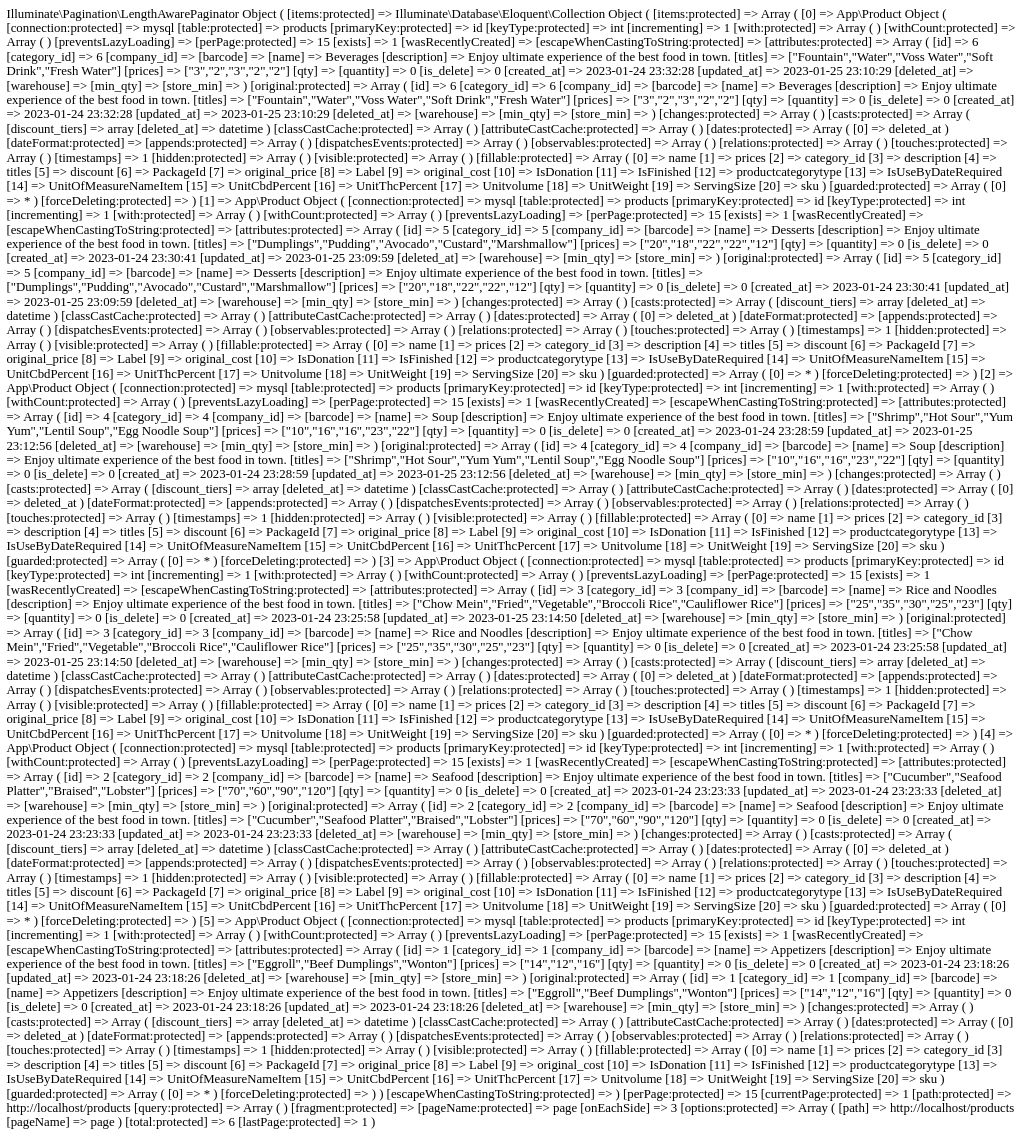
Repository: ShibuyaCho/cannabest
Page: http://localhost/products
The author's editor kept a copy of each file at every save. The page is drawn from the files as they stood at one save, then again after the next save.
The browser window is 1280 px wide. The pictures show the whole page, at 80% of full size.
The page is served by the project's Laravel application, run on PHP 8.4 with Laravel 9. The first stored user is signed in. Other server files are loaded and not shown. The database holds what the project's SQL file puts in it.

Above is the page before, as saved 2024-10-16 11:57:45.

### app/Helpers/DiscountHelper.php
<?php

if (! function_exists('getDiscountedPrice')) {
    /**
     * Returns the discounted price for a product based on quantity.
     *
     * It checks all discount tiers (stored globally) and returns the price
     * from the pricing option with the highest min_quantity threshold that the quantity meets.
     *
     * @param float $basePrice
     * @param float $quantity
     * @return float
     */
    function getDiscountedPrice($basePrice, $quantity)
    {
        // Retrieve the discount tiers setting
        $discountSetting = \App\Setting::where('key', 'discount_tiers')->first();
        if (!$discountSetting) {
            return $basePrice;
        }

        $tiers = json_decode($discountSetting->value, true);
        if (!is_array($tiers)) {
            return $basePrice;
        }

        // We'll loop through all pricing options in all tiers and find the one with the highest min_quantity that qualifies.
        $bestOption = null;
        $highestThreshold = 0;

        foreach ($tiers as $tier) {
            if (isset($tier['pricing']) && is_array($tier['pricing'])) {
                foreach ($tier['pricing'] as $option) {
                    // Convert the min_quantity to a float.
                    $minQty = floatval($option['min_quantity'] ?? 0);
                    // Check if the purchased quantity meets the threshold and if it's higher than our current best threshold.
                    if ($quantity >= $minQty && $minQty > $highestThreshold) {
                        $highestThreshold = $minQty;
                        $bestOption = $option;
                    }
                }
            }
        }

        // If we found an option that qualifies, return its price; otherwise, return the base price.
        if ($bestOption !== null) {
            return floatval($bestOption['price']);
        }

        return $basePrice;
    }
}

### app/Helpers.php
<?php

if (!function_exists('parseEmojis')) {
    /**
     * Replace the shortcode ":gls:" with an emoji image,
     * but ignore text that is already part of an HTML tag.
     *
     * @param string $text
     * @return string
     */
    function parseEmojis($text)
    {
        // Split text by HTML tags. Tags will be in separate elements.
        $parts = preg_split('/(<[^>]+>)/', $text, -1, PREG_SPLIT_DELIM_CAPTURE);

        // Process only parts that are not HTML tags.
        foreach ($parts as &$part) {
            if (!preg_match('/^<[^>]+>$/', $part)) {
                // Replace :gls: only in non-tag text.
                $part = str_replace(
                    ':gls:',
                    '<img src="' . asset('assets/img/weed-leaf.png') . '" alt="weed" class="weed-emoji" style="width:16px;height:16px;vertical-align:top;">',
                    $part
                );
            }
        }
        return implode('', $parts);
    }
}

### app/Providers/AppServiceProvider.php
<?php

namespace App\Providers;

use Illuminate\Support\ServiceProvider;
use Intervention\Image\Facades\Image;
use Illuminate\Support\Facades\View; // Use the facade
use illuminate\Support\Facades\Auth;
use App\Inventory;

class AppServiceProvider extends ServiceProvider
{
    protected $policies = [
        // ...
        Brand::class => BrandPolicy::class,
    ];

 public function register()
{
    // …

    $this->app->bind('path.public', function() {
        return base_path('public');
        // or return '/home/sys1/Documents/pos2/public';
    });
}

  public function boot()
{
    View::composer('*', function($view) {
        $orgId = Auth::check() ? Auth::user()->organization_id : null;

        // If no org (guest), don't query to avoid leaking other orgs' rows
        $lowInventoryItems = collect();

        if ($orgId) {
            $lowInventoryItems = Inventory::query()
                ->where('organization_id', $orgId) // ✅ make it org-specific
                ->whereColumn('storeQty', '<=', 'min_qty')
                ->get();
        }

        $view->with('lowInventoryItems', $lowInventoryItems);
    });

    if (config('app.env') === 'production') {
        \URL::forceScheme('https');
    }
}
}

### app/Http/Controllers/ProductController.php
<?php

namespace App\Http\Controllers;

use App\Http\Requests;
use App\Product;
use App\Category;
use Illuminate\Http\Request;
use Auth;
use Intervention\Image\ImageManagerStatic as Image;

class ProductController extends Controller
{
    /**
     * Display a listing of the resource.
     *
     * @return \Illuminate\Http\Response
     */
    public function index(Request $request)
    {
        $keyword = $request->get('q', '');
                print_r( $keyword);
        $products = Product::searchByKeyword($keyword)->orderBy("id" , "DESC")->paginate(15);
            print_r( $products);
        exit();
        $products = !empty($keyword) ? $products->appends(['q' => $keyword]) : $products;

        $data = [
            'products' => $products,
            'keyword'  => $keyword,
        ];

        return view('backend.products.index', $data);
    }

    /**
     * Show the form for creating a new resource.
     *
     * @return \Illuminate\Http\Response
     */
    public function create()
    {
        $categories = Category::get();
        return view('backend.products.create', ['categories' => $categories]);
    }

    /**
     * Store a newly created resource in storage.
     *
     * @param App\Http\Requests $request
     *
     * @return \Illuminate\Http\Response
     */
    public function store(Request $request)
    {
        $form = $request->all();
        $price = $request->input("price");
        $titles = $request->input("title");
        unset($form['price']);
        unset($form['title']);
        unset($form['price_counter']);
        $form['prices'] = json_encode($price);
        $form['titles'] = json_encode($titles);

        $product = Product::create($form);
        $name = $product->id;
        if (file_exists("uploads/products/temp.jpg")) {
            rename("uploads/products/temp.jpg", "uploads/products/$name.jpg");
            rename("uploads/products/thumb/temp.jpg", "uploads/products/thumb/$name.jpg");
        }


        return redirect('products')
            ->with('message-success', 'Product created!');
    }

    /**
     * Display the specified resource.
     *
     * @param int $id
     *
     * @return \Illuminate\Http\Response
     */
    public function show($id)
    {
        $product = Product::findOrFail($id);
        $categories = Category::get();
        return view('backend.products.show', compact('product', 'categories'));
    }

    /**
     * Show the form for editing the specified resource.
     *
     * @param int $id
     *
     * @return \Illuminate\Http\Response
     */
    public function edit($id)
    {
        $product = Product::findOrFail($id);
        $categories = Category::get();
        return view('backend.products.edit', compact('product', 'categories'));
    }

    /**
     * Update the specified resource in storage.
     *
     * @param App\Http\Requests $request
     * @param int               $id
     *
     * @return \Illuminate\Http\Response
     */
    public function update(Requests\UpdateProduct $request, $id)
    {
        $form = $request->all();
        $price = $request->input("price");
        $titles = $request->input("title");
        unset($form['price']);
        unset($form['title']);
        unset($form['price_counter']);
        $form['prices'] = json_encode($price);
        $form['titles'] = json_encode($titles);

        $product = Product::findOrFail($id);
        $product->update($form);
        $name = $product->id;


        return redirect('products')
            ->with('message-success', 'Product updated!');
    }

    /**
     * Remove the specified resource from storage.
     *
     * @param int $id
     *
     * @return \Illuminate\Http\Response
     */
    public function destroy($id)
    {
        $product = Product::findOrFail($id);
        $product->delete();

        return redirect('products')
            ->with('message-success', 'Product deleted!');
    }

    public function uploadPhoto(Request $request)
    {
        $file = $request->file('croppedImage');

        if ($request->hasFile('croppedImage')) {

            $file_name = "temp.jpg";
            $extension = $file->getClientOriginalExtension();
            $path = $file->storeAs("uploads/products/", $file_name);
            $img = Image::make($file->getRealPath());
            if($img->exif('Orientation')) {
                $img = orientate($img, $img->exif('Orientation'));
            }

            $path2 = public_path("storage/products/$file_name");
            $img->fit(250)->save($path2);

            echo url("storage/products/" . $file_name);
        }
    }

    ////// User upload photo and resize to 145x145 to Thumb
    public function updatePhotoCrop(Request $request)
    {
        $cropped_value = $request->input("cropped_value");
        $image_edit = $request->input("image_edit");
        $cp_v = explode(",", $cropped_value);

        $file = $request->file('file');
        $file_name = $image_edit . ".jpg";
        if(empty($image_edit)) {
            $file_name = "temp.jpg";
        }

        if ($request->hasFile('file')) {

            $extension = $file->getClientOriginalExtension();
            $store_path = public_path("uploads/products");
            $path = $file->move($store_path, $file_name);
            $img = Image::make($store_path . "/$file_name");
            if($img->exif('Orientation')) {
                $img = orientate($img, $img->exif('Orientation'));
            }

            $path2 = public_path("uploads/products/thumb/$file_name");
            $img->rotate($cp_v[4] * -1);
            $img->crop($cp_v[0], $cp_v[1], $cp_v[2], $cp_v[3]);
            $img->fit(250)->save($path2);

            echo url("uploads/products/thumb/$file_name"); exit;
        }

        if($image_edit != "") {
            $path = public_path("uploads/products/$file_name");
            $img = Image::make($path);
            $path2 = public_path("uploads/products/thumb/$file_name");
            $img->rotate($cp_v[4] * -1);
            $img->crop($cp_v[0], $cp_v[1], $cp_v[2], $cp_v[3]);
            $img->fit(250)->save($path2);
            echo url("uploads/products/thumb/$file_name"); exit;
        }

    }


	 public function addToArchive(Request $request) {
        $id = $request->input("product_id");
        $product = Product::find($id);
        if ($product->is_delete == 1) {
            $value = 0;
        }

        if ($product->is_delete == 0) {
            $value = 1;
        }
        Product::where("id", $id)->update(array('is_delete' => $value));
    }


}

### app/Product.php
<?php

namespace App;

use Illuminate\Database\Eloquent\Model;
use Illuminate\Database\Eloquent\SoftDeletes;
use Carbon\Carbon;
use App\Models\wholesaleProduct;
use App\Models\Category;


class Product extends Model
{
     use SoftDeletes;

    /**
     * The attributes that should be mutated to dates.
     *
     * @var array
     */
    protected $dates = [
        'deleted_at'
    ];

    /**
     * rules validasi untuk data products.
     *
     * @var array
     */
    public static $rules = [
        'name'  => 'required|unique:products'
    ];

    /**
     * setup variable mass assignment.
     *
     * @var array
     */
    protected $fillable = [
        'name',
        'prices',
        'category_id',
        'description',
        'titles',
        'discount',
        'PackageId',
        'original_price',
        'Label',
        'original_cost',
        'IsDonation',
        'IsFinished',
        'productcategorytype',
        'IsUseByDateRequired',
        'UnitOfMeasureNameItem',
        'UnitCbdPercent',
        'UnitThcPercent',
        'Unitvolume',
        'UnitWeight',
        'ServingSize',
        'sku',
    ];
    protected $casts = [
        'discount_tiers' => 'array',
        // ... other casts
    ];

    public function scopeSearchByKeyword($query, $keyword)
    {
        if ($keyword != '') {
            $query->where(
                function ($query) use ($keyword) {
                    $query->where('name', 'LIKE', '%'.$keyword.'%')
                        ->orWhere('barcode', 'LIKE', '%'.$keyword.'%');
                }
            );
        }

        return $query;
    }
    public function category()
{
    return $this->belongsTo(Category::class);
}

public function wholesaleProduct()
{
    return $this->belongsTo(WholesaleInventory::class, 'wholesale_product_id');
}

public function getAspdAttribute()
{
    $startOfMonth = Carbon::now()->startOfMonth();
    $endOfMonth   = Carbon::now()->endOfMonth();
    $totalSold    = $this->orderItems()
                        ->whereBetween('created_at', [$startOfMonth, $endOfMonth])
                        ->sum('quantity');
    $daysInMonth  = Carbon::now()->daysInMonth;
    return $daysInMonth > 0 ? round($totalSold / $daysInMonth, 2) : 0;
}
public function wholesaleInventory()
{
    return $this->belongsTo(WholesaleInventory::class, 'wholesale_product_id');
}
}

### DB/DB.sql (the tables this page reads)
CREATE TABLE `products` (
  `id` int(10) UNSIGNED NOT NULL,
  `category_id` int(11) DEFAULT NULL,
  `company_id` int(11) DEFAULT NULL,
  `barcode` varchar(255) DEFAULT NULL,
  `name` varchar(255) NOT NULL,
  `description` text DEFAULT NULL,
  `titles` varchar(255) DEFAULT NULL,
  `prices` varchar(255) NOT NULL,
  `qty` varchar(255) DEFAULT NULL,
  `quantity` int(11) NOT NULL DEFAULT 0,
  `is_delete` int(1) NOT NULL DEFAULT 0,
  `created_at` timestamp NULL DEFAULT NULL,
  `updated_at` timestamp NULL DEFAULT NULL,
  `deleted_at` timestamp NULL DEFAULT NULL,
  `warehouse` int(11) DEFAULT NULL,
  `min_qty` int(11) DEFAULT NULL,
  `store_min` int(11) DEFAULT NULL
) ENGINE=InnoDB DEFAULT CHARSET=utf8 COLLATE=utf8_unicode_ci;

INSERT INTO `products` (`id`, `category_id`, `company_id`, `barcode`, `name`, `description`, `titles`, `prices`, `qty`, `quantity`, `is_delete`, `created_at`, `updated_at`, `deleted_at`, `warehouse`, `min_qty`, `store_min`) VALUES
(1, 1, NULL, NULL, 'Appetizers', 'Enjoy ultimate experience of the best food in town.', '[\"Eggroll\",\"Beef Dumplings\",\"Wonton\"]', '[\"14\",\"12\",\"16\"]', NULL, 0, 0, '2023-01-24 23:18:26', '2023-01-24 23:18:26', NULL, NULL, NULL, NULL),
(2, 2, NULL, NULL, 'Seafood', 'Enjoy ultimate experience of the best food in town.', '[\"Cucumber\",\"Seafood Platter\",\"Braised\",\"Lobster\"]', '[\"70\",\"60\",\"90\",\"120\"]', NULL, 0, 0, '2023-01-24 23:23:33', '2023-01-24 23:23:33', NULL, NULL, NULL, NULL),
(3, 3, NULL, NULL, 'Rice and Noodles', 'Enjoy ultimate experience of the best food in town.', '[\"Chow Mein\",\"Fried\",\"Vegetable\",\"Broccoli Rice\",\"Cauliflower Rice\"]', '[\"25\",\"35\",\"30\",\"25\",\"23\"]', NULL, 0, 0, '2023-01-24 23:25:58', '2023-01-25 23:14:50', NULL, NULL, NULL, NULL),
(4, 4, NULL, NULL, 'Soup', 'Enjoy ultimate experience of the best food in town.', '[\"Shrimp\",\"Hot Sour\",\"Yum Yum\",\"Lentil Soup\",\"Egg Noodle Soup\"]', '[\"10\",\"16\",\"16\",\"23\",\"22\"]', NULL, 0, 0, '2023-01-24 23:28:59', '2023-01-25 23:12:56', NULL, NULL, NULL, NULL),
(5, 5, NULL, NULL, 'Desserts', 'Enjoy ultimate experience of the best food in town.', '[\"Dumplings\",\"Pudding\",\"Avocado\",\"Custard\",\"Marshmallow\"]', '[\"20\",\"18\",\"22\",\"22\",\"12\"]', NULL, 0, 0, '2023-01-24 23:30:41', '2023-01-25 23:09:59', NULL, NULL, NULL, NULL),
(6, 6, NULL, NULL, 'Beverages', 'Enjoy ultimate experience of the best food in town.', '[\"Fountain\",\"Water\",\"Voss Water\",\"Soft Drink\",\"Fresh Water\"]', '[\"3\",\"2\",\"3\",\"2\",\"2\"]', NULL, 0, 0, '2023-01-24 23:32:28', '2023-01-25 23:10:29', NULL, NULL, NULL, NULL);

ALTER TABLE `products`
  ADD PRIMARY KEY (`id`);

ALTER TABLE `products`
  MODIFY `id` int(10) UNSIGNED NOT NULL AUTO_INCREMENT, AUTO_INCREMENT=7;

CREATE TABLE `users` (
  `id` int(10) UNSIGNED NOT NULL,
  `company_id` int(11) DEFAULT NULL,
  `name` varchar(255) NOT NULL,
  `email` varchar(255) NOT NULL,
  `facebook_id` varchar(55) DEFAULT NULL,
  `password` varchar(255) CHARACTER SET utf8 COLLATE utf8_general_ci NOT NULL,
  `phone` varchar(20) DEFAULT NULL,
  `address` varchar(255) DEFAULT NULL,
  `city` varchar(100) DEFAULT NULL,
  `state` varchar(100) DEFAULT NULL,
  `zip` varchar(10) DEFAULT NULL,
  `role_id` int(11) NOT NULL DEFAULT 0,
  `remember_token` varchar(100) DEFAULT NULL,
  `created_at` timestamp NULL DEFAULT NULL,
  `updated_at` timestamp NULL DEFAULT NULL
) ENGINE=InnoDB DEFAULT CHARSET=utf8 COLLATE=utf8_unicode_ci;

INSERT INTO `users` (`id`, `company_id`, `name`, `email`, `facebook_id`, `password`, `phone`, `address`, `city`, `state`, `zip`, `role_id`, `remember_token`, `created_at`, `updated_at`) VALUES
(1, 0, 'Super Admin', 'admin@example.com', NULL, '$2y$10$NDJ8GvTAdoJ/uG0AQ2Y.9ucXwjy75NVf.VgFnSZDSakRRvrEyAlMq', NULL, NULL, NULL, NULL, NULL, 1, 'rDWTyMV7OybRAqR2W5jCSb3a6O78yOfWbzLz1dspV6qlNoiv3IcXi9QBSxwp', NULL, NULL),
(5, 1, 'Admin', 'admin@admin.com', NULL, '$2y$10$NDJ8GvTAdoJ/uG0AQ2Y.9ucXwjy75NVf.VgFnSZDSakRRvrEyAlMq', NULL, NULL, NULL, NULL, NULL, 2, 'GXMRWhuf3sqeoVNTPnyEnLEhBsyP3tURLefbUIcwBRvlTDRTBMZdxuUbUl4T', NULL, NULL),
(6, 1, 'Sale Manger', 'sales@manager.com', NULL, '$2y$10$NDJ8GvTAdoJ/uG0AQ2Y.9ucXwjy75NVf.VgFnSZDSakRRvrEyAlMq', NULL, NULL, NULL, NULL, NULL, 2, 'qpPtzImTYQNY8ysYEjUztZn01zjsW4Qda73C68FO7QZ3qhDPDtwb9MdD9Jvw', NULL, NULL),
(25, 2, 'Brnach 2 Manager', 'branch2@admin.com', NULL, '$2y$10$NDJ8GvTAdoJ/uG0AQ2Y.9ucXwjy75NVf.VgFnSZDSakRRvrEyAlMq', NULL, NULL, NULL, NULL, NULL, 3, 'AruJiY7PZpVAhORzCYnA9paAsVJzaPqvycgUN2mdy4GBlwQPUymXdi1S73Zn', '2021-02-05 05:33:08', '2021-08-19 13:09:24'),
(26, NULL, 'Waitress 1', 'waitress@staff.com', NULL, '$2y$10$6CwU.Mz9EPVk2ZLLezog5O8xUCNY0VBCDgAsC1u98pRXPLOW0iMY6', NULL, NULL, NULL, NULL, NULL, 3, NULL, '2021-08-20 12:08:00', '2021-08-20 12:08:00');

ALTER TABLE `users`
  ADD PRIMARY KEY (`id`),
  ADD UNIQUE KEY `users_email_unique` (`email`);

ALTER TABLE `users`
  MODIFY `id` int(10) UNSIGNED NOT NULL AUTO_INCREMENT, AUTO_INCREMENT=27;

Loaded but not shown: app/Http/Controllers/Auth/ConfirmPasswordController.php (common file); app/Http/Controllers/Controller.php (common file); routes/web.php (296 lines, source omitted); app/Helpers/custom.php (211 lines, source omitted); app/Models/User.php (122 lines, source omitted)

After the next save:
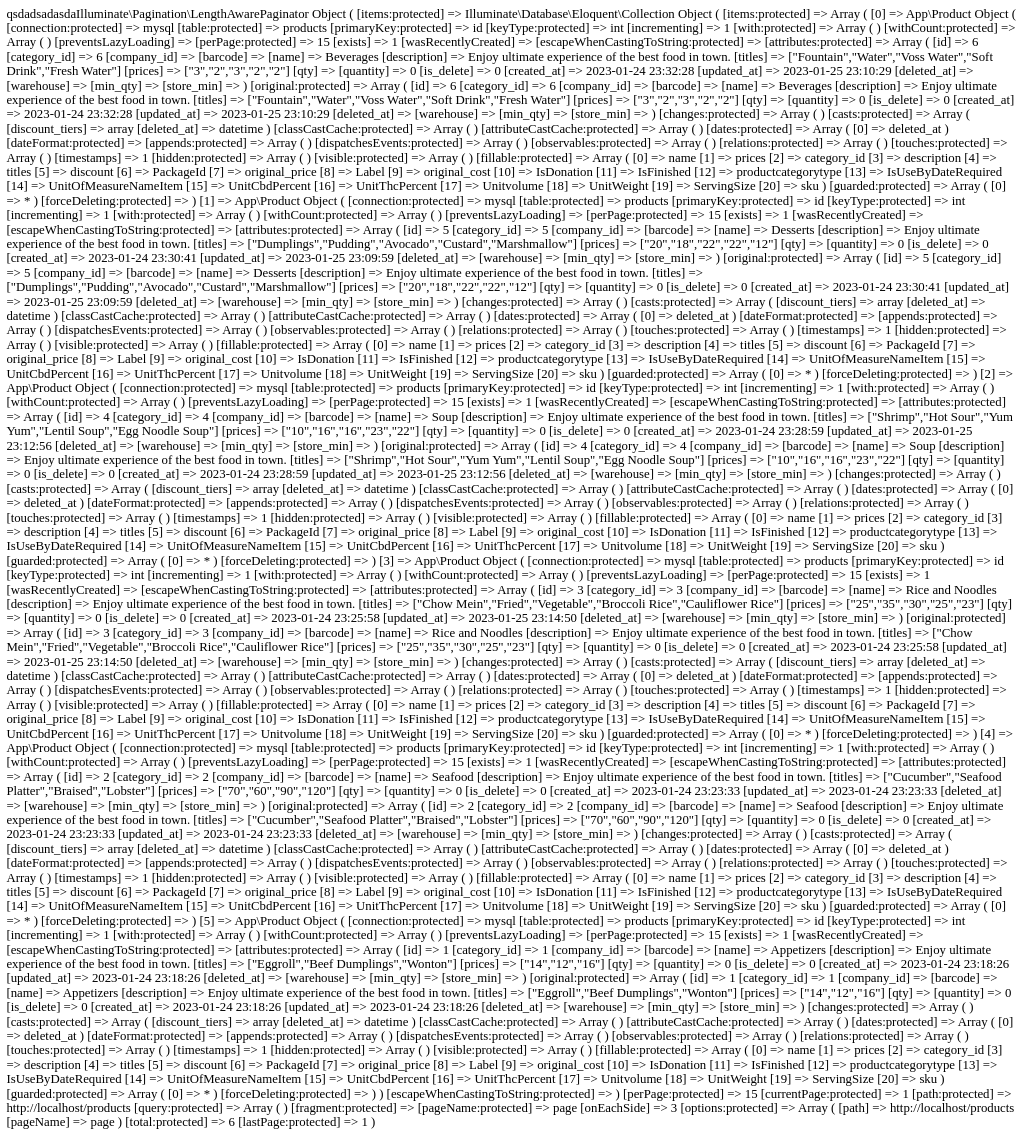
Saved 20 s later.
--- a/app/Http/Controllers/ProductController.php
+++ b/app/Http/Controllers/ProductController.php
@@ -19,7 +19,7 @@
     public function index(Request $request)
     {
         $keyword = $request->get('q', '');
-                print_r( $keyword);
+                print_r( $keyword."qsdadsadasda");
         $products = Product::searchByKeyword($keyword)->orderBy("id" , "DESC")->paginate(15);
             print_r( $products);
         exit();

After the save that followed:
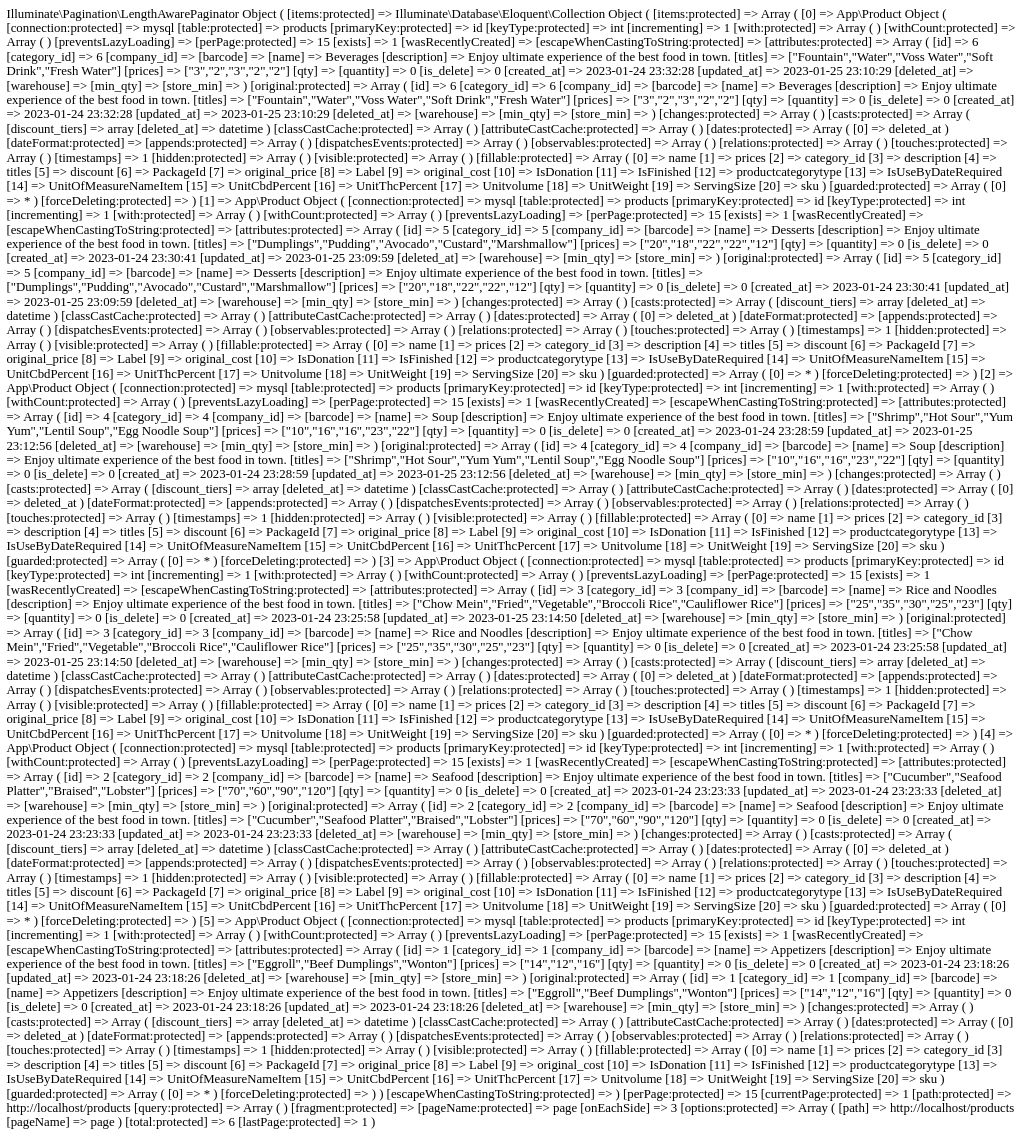
Saved 97 s later.
--- a/app/Http/Controllers/ProductController.php
+++ b/app/Http/Controllers/ProductController.php
@@ -19,7 +19,7 @@
     public function index(Request $request)
     {
         $keyword = $request->get('q', '');
-                print_r( $keyword."qsdadsadasda");
+
         $products = Product::searchByKeyword($keyword)->orderBy("id" , "DESC")->paginate(15);
             print_r( $products);
         exit();
@@ -62,6 +62,9 @@
         $form['prices'] = json_encode($price);
         $form['titles'] = json_encode($titles);
 
+
+        print_r($form);
+        exit();
         $product = Product::create($form);
         $name = $product->id;
         if (file_exists("uploads/products/temp.jpg")) {
